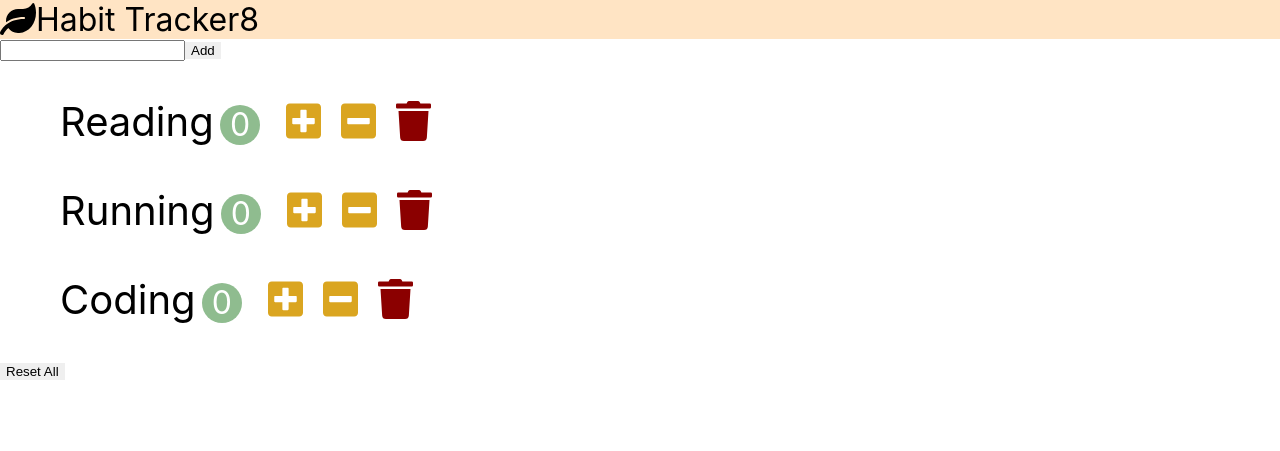
Repository: keehoonjung/react-habit-tracker
Page: / (app in react/habit-tracker/)
The author's editor kept a copy of each file at every save. The page is drawn from the files as they stood at one save, then again after the next save.
The browser window is 1280 px wide. The pictures show the whole page.
The project was rebuilt for these pictures with package versions that can differ from the ones it lists, and the page was loaded fresh each time.

Above is the page before, as saved 2021-08-30 18:28:50.

After the next save:
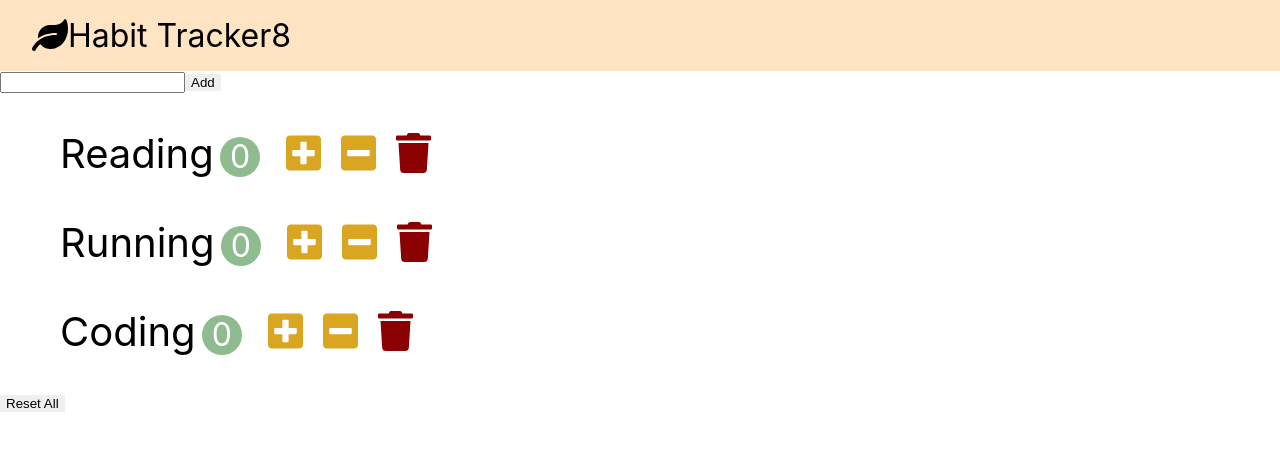
Saved 20 s later.
--- a/react/habit-tracker/src/app.css
+++ b/react/habit-tracker/src/app.css
@@ -7,6 +7,7 @@ button {
 .header {
   background-color: bisque;
   font-size: 2rem;
+  padding: 1rem 2rem;
 }
 
 .habit {
